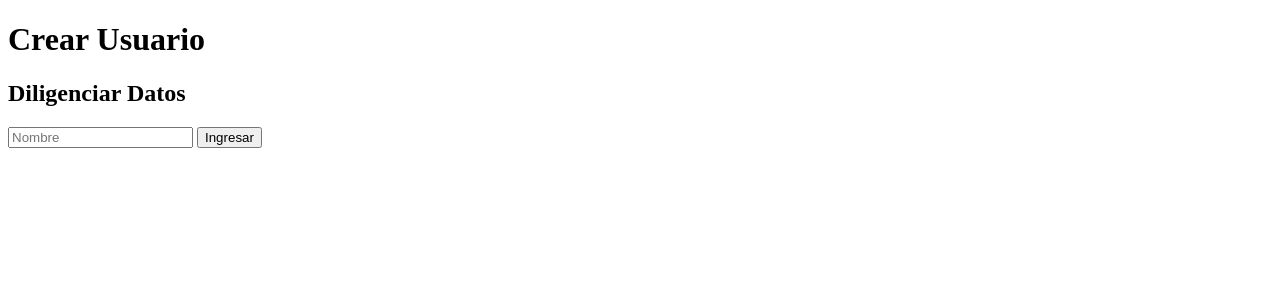
Repository: DA5CH25/kohaku_php
Page: http://localhost/kohaku_php/views/modules/ingresar.php
The author's editor kept a copy of each file at every save. The page is drawn from the files as they stood at one save, then again after the next save.
The browser window is 1280 px wide. The pictures show the whole page.
The page is run by PHP 8.4 with error messages shown; the project is at /var/www/html/.

Above is the page before, as saved 2021-04-26 15:04:34.

After the next save:
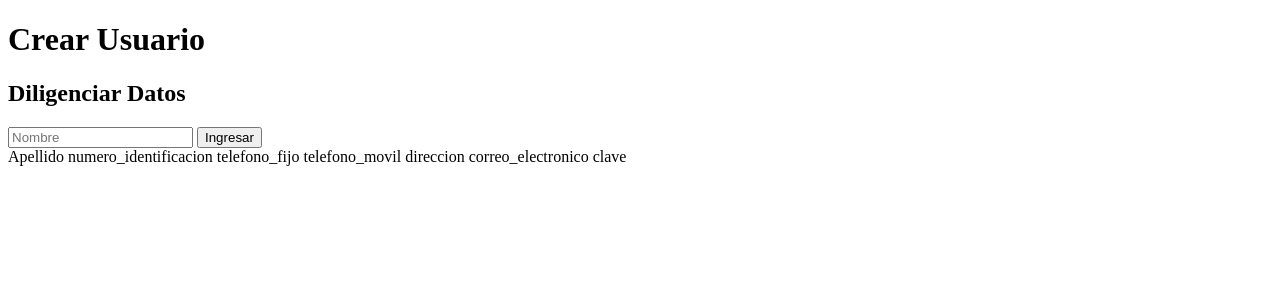
Saved 2 min 53 s later.
--- a/views/modules/ingresar.php
+++ b/views/modules/ingresar.php
@@ -16,3 +16,12 @@
 	</form>
 </body>
 </html>
+
+
+<th>Apellido</th>
+			<th>numero_identificacion</th>
+			<th>telefono_fijo</th>
+			<th>telefono_movil</th>
+			<th>direccion</th>
+			<th>correo_electronico</th>
+			<th>clave</th
